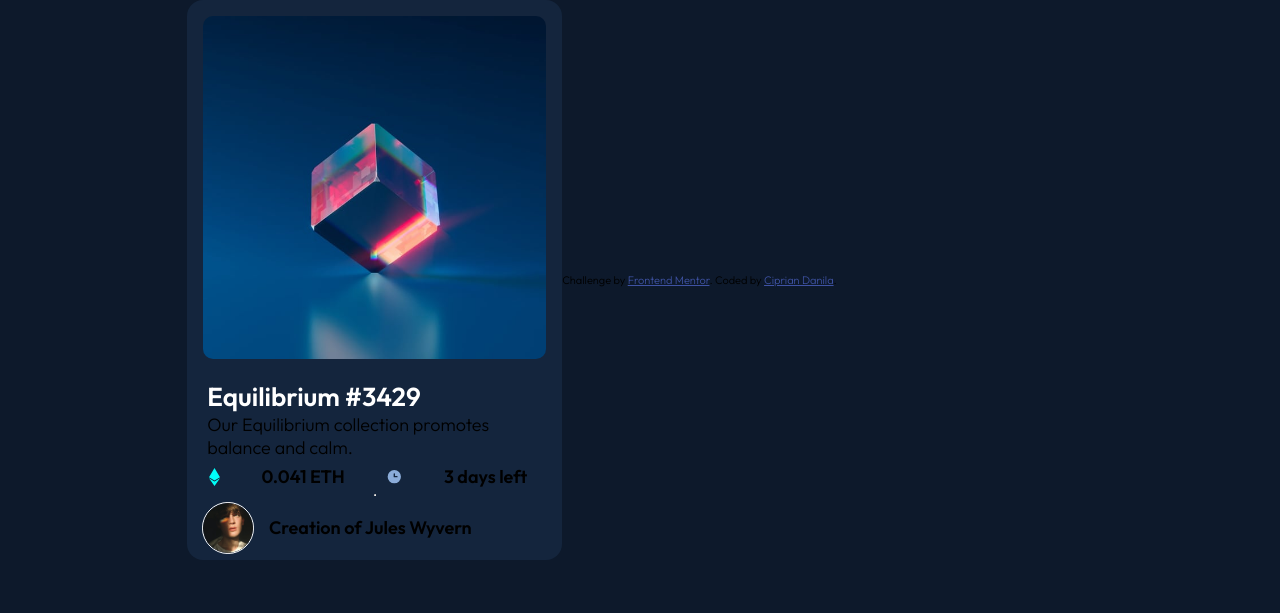
Repository: cipdanila/NFT-preview-card-component
Page: index.html
An editor plug-in stored every save of this project. The page is shown before and after the next save, followed by the edit.
The browser window is 1280 px wide. The pictures show the whole page.

Above is the page before, as saved 2024-01-31 15:40:30.

### index.html
<!DOCTYPE html>
<html lang="en">
    <head>
        <meta charset="UTF-8" />
        <meta name="viewport" content="width=device-width, initial-scale=1.0" />
        <!-- displays site properly based on user's device -->

        <link rel="icon" type="image/png" sizes="32x32" href="./images/favicon-32x32.png" />
        <link rel="stylesheet" href="style.css" />
        <title>Frontend Mentor | NFT preview card component</title>
    </head>
    <body>
        <main>
            <div class="card">
                <div class="image-card">
                    <img src="/images/image-equilibrium.jpg" alt="cube-equilibrium" />
                </div>
                <div class="text-card">
                    <h1 id="title">Equilibrium #3429</h1>
                    <p id="description">Our Equilibrium collection promotes balance and calm.</p>
                    <div class="time">
                        <img src="/images/icon-ethereum.svg" alt="ethereum" />
                        <p class="ethereum">0.041 ETH</p>
                        <img src="/images/icon-clock.svg" alt="clock" />
                        <p class="clock">3 days left</p>
                    </div>
                </div>
                <hr />
                <div class="owner">
                    <img src="/images/image-avatar.png" alt="avatar" />
                    <p>Creation of <span>Jules Wyvern</span></p>
                </div>
            </div>
        </main>

        <footer>
            <div class="attribution">
                Challenge by
                <a
                    href="https://www.frontendmentor.io/challenges/nft-preview-card-component-SbdUL_w0U"
                    target="_blank"
                    rel="noopener noreferer"
                    >Frontend Mentor</a
                >. Coded by <a href="https://github.com/cipdanila" target="_blank" rel="noopener noreferer">Ciprian Danila</a>.
            </div>
        </footer>
    </body>
</html>

### style.css
@import url("https://fonts.googleapis.com/css2?family=Outfit:wght@300;400;600&display=swap");

:root {
    /* Colors */
    /* Primary */
    --soft-blue: hsl(215, 51%, 70%); /* paragraph */
    --cyan: hsl(178, 100%, 50%); /* active states */
    /* Neutrals */
    --very-dark-blue-main: hsl(217, 54%, 11%); /* main background */
    --very-dark-blue-card: hsl(216, 50%, 16%); /* card background */
    --very-dark-blue-line: hsl(215, 32%, 27%); /* hr line */
    --white: hsl(0, 0%, 100%); /* title */
}

*, *::after, *::before {
    box-sizing: border-box;
    margin: 0;
    padding: 0;
}

html {
    width: 100%;
}

body{
    max-width: 80%;
    display: flex;
    justify-content: center;
    align-items: center;
    height: 100%;
    font-family: "Outfit", sans-serif;
    font-size: 1.125rem;
    font-weight: 300;
    background-color: var(--very-dark-blue-main);
}

main {
    display: flex;
    justify-content: center;
    align-items: center;
    height: 100%;
}

.card {
    max-width: 375px;
    border-radius: 1rem;
    box-shadow: 0.5rem 0.5rem rgb(rgb(12, 23, 41));
    display: flex;
    flex-direction: column;
    justify-content: center;
    align-items: center;
    background-color: var(--very-dark-blue-card);
}

.image-card {
    text-align: center;
    padding: 1rem;
}

.image-card img {
    max-width: 100%;
    height: auto;
    border-radius: 0.625rem;
}

.text-card {
    padding: 0 1.25rem;
}


#title {
    color: var(--white);
    font-weight: 600;
    font-size: 1.625rem;
}

.info p {
    color: var(--soft-blue);
    font-weight: 300;
}

.time {
    width: 100%;
    display: flex;
    align-items: center;
    gap: 1.5rem;
    margin: auto;
}

.time img {
    display: flex;
    flex-direction: column;
    align-items: flex-start;
    margin: 0 auto;
    padding: 0;
    width: fit-content;
}

.time p {
    display: inline-block;
    margin: 5px;
    padding: 1px 10px;
    font-weight: 800;
}

.owner {
    width: auto;
    display: flex;
    align-items: center;
    margin: 5px;
    padding: 1px 10px;
}

.owner img {
    width: 15%;
    border: 1px solid var(--white);
    border-radius: 50%;
}

.owner p {
    display: inline-block;
    margin: 5px;
    padding: 1px 10px;
    font-weight: 800;
}

.attribution {
    font-size: 11px;
    text-align: center;
}
.attribution a {
    color: hsl(228, 45%, 44%);
}

After the next save:
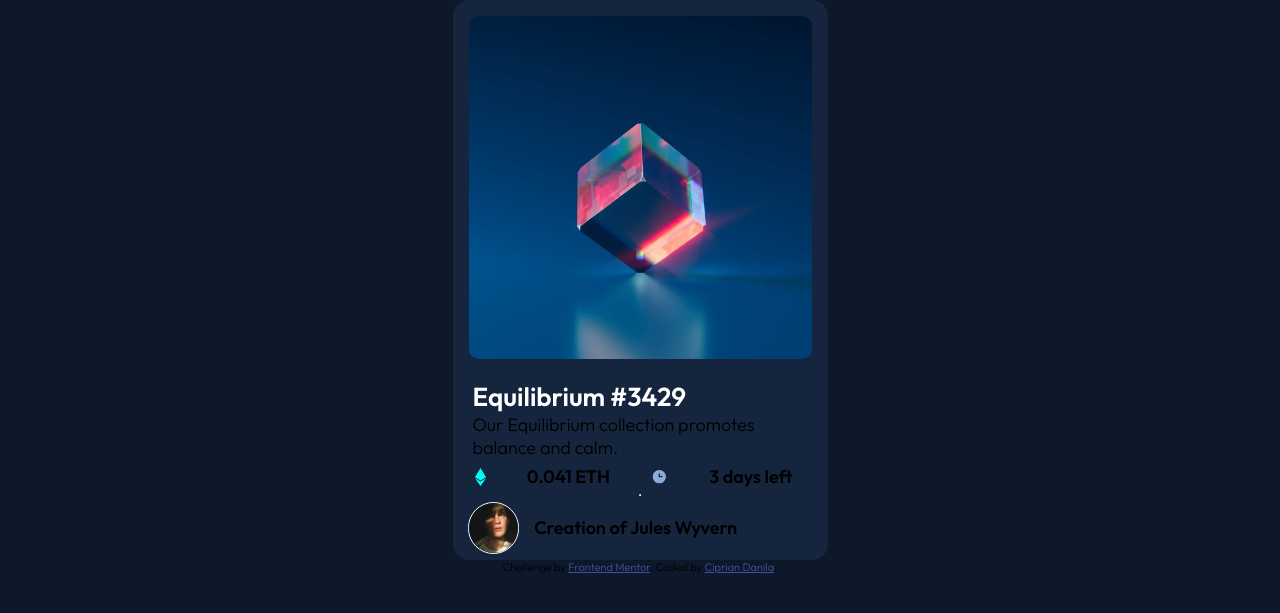
Saved 11 s later.
--- a/style.css
+++ b/style.css
@@ -20,13 +20,13 @@
 
 html {
     width: 100%;
+    display: flex;
+    justify-content: center;
+    align-items: center;
 }
 
 body{
     max-width: 80%;
-    display: flex;
-    justify-content: center;
-    align-items: center;
     height: 100%;
     font-family: "Outfit", sans-serif;
     font-size: 1.125rem;
